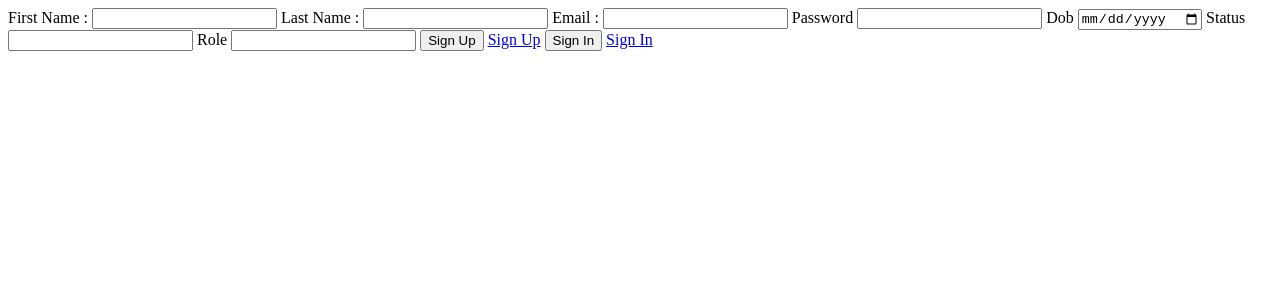
Repository: bhageshchincholi/AdvanceJava
Page: Election/Election/webcontent/SignUp.html
An editor plug-in stored every save of this project. The page is shown before and after the next save, followed by the edit.
The browser window is 1280 px wide. The pictures show the whole page.

Above is the page before, as saved 2024-06-08 18:59:27.

After the next save:
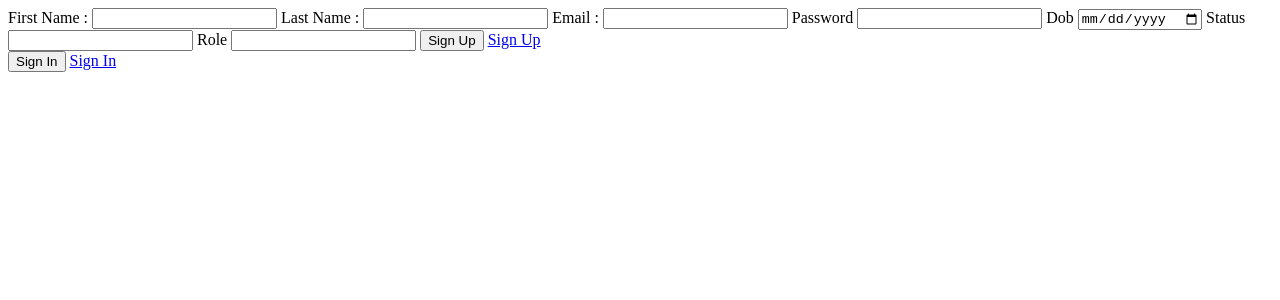
Saved 3 min 8 s later.
--- a/Election/Election/webcontent/SignUp.html
+++ b/Election/Election/webcontent/SignUp.html
@@ -30,9 +30,8 @@
 		<input type="submit" value="Sign Up"/>
 		<a href="Register.html">Sign Up</a>
 
+	</form>
 		<input type="submit" value="Sign In"/>
 		<a href="index.html">Sign In</a>
-	</form>
-
 </body>
 </html>
